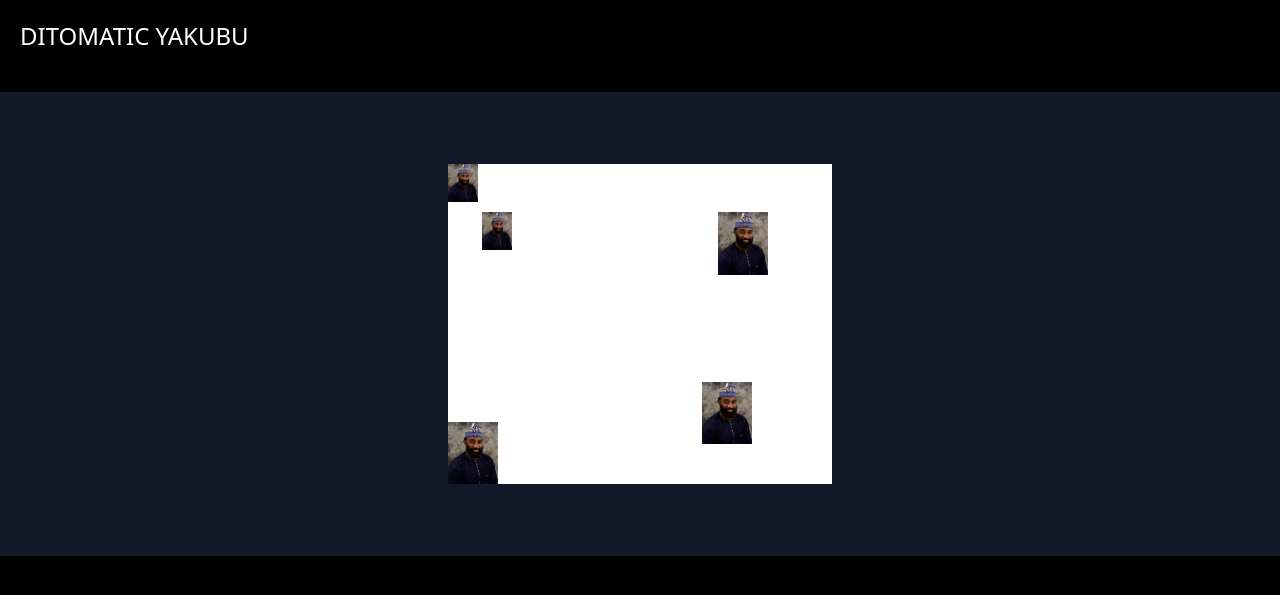
Repository: latenightsnacc/Ditomatic-Demo
Page: home.html
An editor plug-in stored every save of this project. The page is shown before and after the next save, followed by the edit.
The browser window is 1280 px wide. The pictures show the whole page.
Some web libraries are served in a nearby version.

Above is the page before, as saved 2021-02-24 11:35:41.

### home.html
<!DOCTYPE html>
<html lang="en" class="bg-black">
<head>
    <meta charset="UTF-8">
    <meta name="viewport" content="width=device-width, initial-scale=1.0">
    <!--Tailwind 2.0.2-->
    <link href="https://cdnjs.cloudflare.com/ajax/libs/tailwindcss/2.0.2/tailwind.min.css" rel="stylesheet">
    <!--Font Awesome 5.15.1-->
    <link rel="stylesheet" href="https://cdnjs.cloudflare.com/ajax/libs/font-awesome/5.15.1/css/all.min.css" integrity="sha512-+4zCK9k+qNFUR5X+cKL9EIR+ZOhtIloNl9GIKS57V1MyNsYpYcUrUeQc9vNfzsWfV28IaLL3i96P9sdNyeRssA==" crossorigin="anonymous" />
    <!-- Bootstrap 5.0.0 Beta-->
    <!-- <link href="https://cdn.jsdelivr.net/npm/bootstrap@5.0.0-beta1/dist/css/bootstrap.min.css" rel="stylesheet" integrity="sha384-giJF6kkoqNQ00vy+HMDP7azOuL0xtbfIcaT9wjKHr8RbDVddVHyTfAAsrekwKmP1" crossorigin="anonymous" /> -->
    <!--Page Title-->
    <title>Ditomatic Fotografy</title>
</head>
<body>
    <!--Header-->
    <header>
        <nav class="container-sm p-5 shadow-2xl flex flex-row justify-between">
            <a href="home.html" class="text-white uppercase text-2xl">Ditomatic Yakubu</a>
            <ul></ul>
        </nav>
    </header>
    <!--End of Header-->
    <div class="my-5"></div>
    <section class="bg-gray-900 shadow-2xl py-10">
        <div class="container flex justify-center items-center h-96 ">
            <div class=" relative w-96 h-80 bg-white group">
                <h2 class="text-white uppercase text-underline text-center text-5xl group-hover:font-black">portraits</h2>
                <div class="absolute center-0 top-0">
                    <img src="images/malePortrait.jpg" width="30px">
                </div>
                <div class="absolute right-80 top-12">
                    <img src="images/malePortrait.jpg" width="30px">
                </div>
                <div class="absolute right-96 top-12">
                    <img src="images/malePortrait.jpg" width="30px">
                </div>
                <div class="absolute right-16 top-50">
                    <img src="images/malePortrait.jpg" width="50px">
                </div>
                <div class="absolute right-20 bottom-10">
                    <img src="images/malePortrait.jpg" width="50px">
                </div>
                <div class="absolute center-0 bottom-0">
                    <img src="images/malePortrait.jpg" width="50px">
                </div>

            </div>
        </div>
    </section>
</body>
</html>

After the next save:
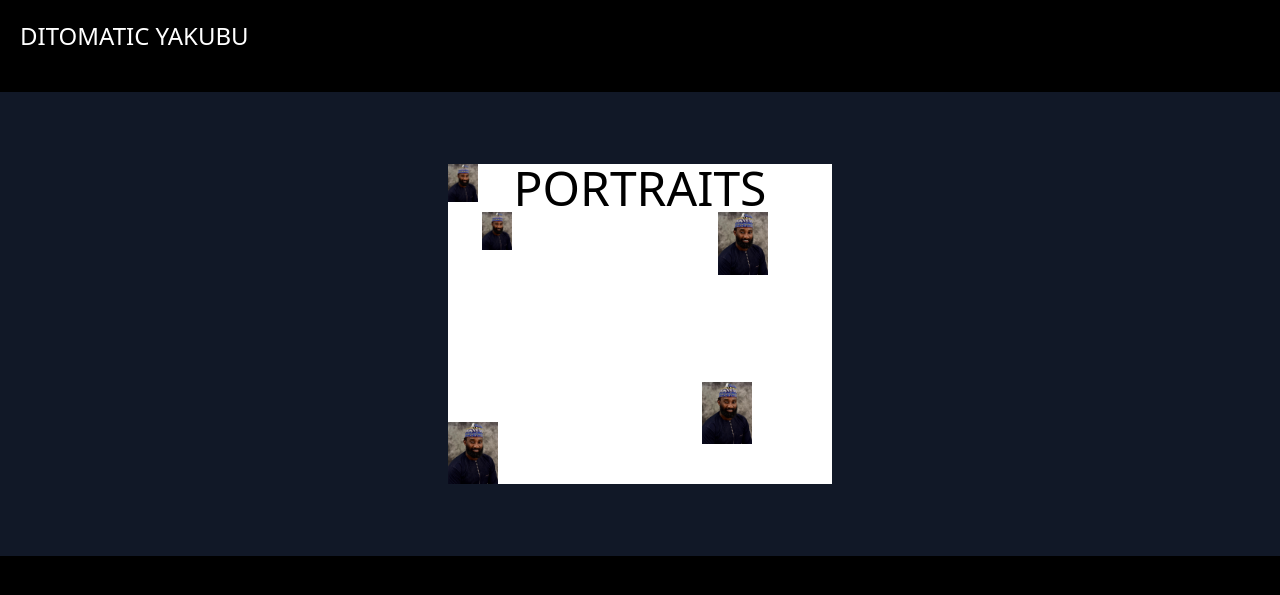
Saved 16 s later.
--- a/home.html
+++ b/home.html
@@ -25,7 +25,7 @@
     <section class="bg-gray-900 shadow-2xl py-10">
         <div class="container flex justify-center items-center h-96 ">
             <div class=" relative w-96 h-80 bg-white group">
-                <h2 class="text-white uppercase text-underline text-center text-5xl group-hover:font-black">portraits</h2>
+                <h2 class="text-black uppercase text-underline text-center text-5xl group-hover:font-black">portraits</h2>
                 <div class="absolute center-0 top-0">
                     <img src="images/malePortrait.jpg" width="30px">
                 </div>
